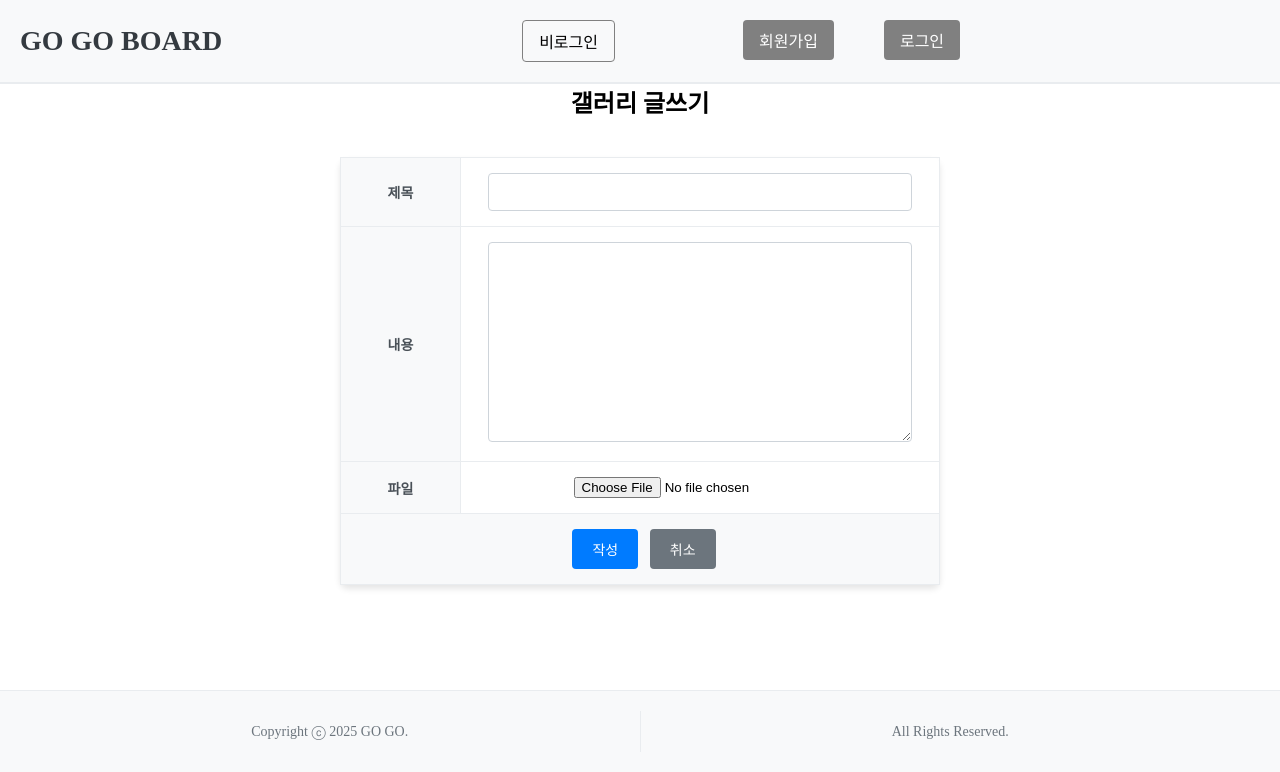
Repository: 1plus1equals3-true/Board-Project
Page: http://localhost/jsp/board/write_gallery.jsp
These files come from the project's save history. The page is drawn as it stood at one moment and after the next save; the edit follows.
The browser window is 1280 px wide. The pictures show the whole page.
The page is served by Tomcat 9. Other server files are loaded and not shown.

Above is the page before, as saved 2025-09-23 05:45:06.

### jsp/src/main/webapp/board/write_gallery.jsp
<%@ page language="java" contentType="text/html; charset=UTF-8"
    pageEncoding="UTF-8"%>
<!DOCTYPE html>
<html>
<head>
<meta charset="UTF-8">
<title>쓰기</title>
<style>
*{
	margin: 0 auto;
	padding: 0;
	text-align: center;
	box-sizing: border-box;
}
.write-form table {
    width: 100%;
    border-collapse: collapse;
    font-size: 14px;
    margin: 20px auto;
    max-width: 600px;
    background-color: #fff;
    border: 1px solid #dee2e6;
    border-radius: 8px;
    box-shadow: 0 4px 6px rgba(0, 0, 0, 0.1);
}

.write-form td {
    padding: 15px;
    border: 1px solid #e9ecef;
}

.write-form td:first-child {
    background-color: #f8f9fa;
    font-weight: bold;
    color: #495057;
    text-align: center;
    width: 120px;
}

.write-form input[type="text"],
.write-form textarea {
    width: calc(100% - 24px);
    padding: 10px 12px;
    border: 1px solid #ced4da;
    border-radius: 4px;
    font-size: 14px;
    box-sizing: border-box;
    text-align: left;
}

.write-form textarea {
    height: 200px;
    resize: vertical;
}

.write-form .button-container {
    text-align: right;
}

.write-form input[type="submit"],
.write-form .btn-cancel {
    padding: 10px 20px;
    border: none;
    border-radius: 4px;
    font-size: 14px;
    cursor: pointer;
    transition: background-color 0.3s ease;
    margin-left: 8px;
}

.write-form input[type="submit"] {
    background-color: #007bff;
    color: white;
}

.write-form input[type="submit"]:hover {
    background-color: #0056b3;
}

.write-form .btn-cancel {
    background-color: #6c757d;
    color: white;
}

.write-form .btn-cancel:hover {
    background-color: #5a6268;
}

/* a 태그 안에 button을 넣었을 때 스타일 */
.write-form a {
    text-decoration: none;
}
</style>
</head>
<body>
<%@ include file="op_top.jsp" %>
<section class="min-height">
<h1>갤러리 글쓰기</h1><br>
<form action="../test/test2.jsp" method="post" enctype="multipart/form-data" class="write-form">
	<table>

		<tr>
			<td>제목</td>
			<td><input type="text" name="writetitle"></td>
		</tr>

		<tr>
			<td>내용</td>
			<td>
				<textarea class="text" name="writetext"></textarea>
			</td>
		</tr>

		<tr>
			<td>파일</td>
			<td>

				<div id="file_container_0" class="file-container">
					<input type="file" name="upfile_0" id="upfile_0" accept=".gif, .jpg, .png">
				</div>

			</td>
		</tr>

		<tr>
			<td colspan="2">
				<input type="submit" value="작성">
				<button type="button" class="btn-cancel" onclick="history.back()">취소</button>
			</td>
		</tr>

	</table>
</form>
</section>
<%@ include file="op_bot.jsp" %>


<script>
document.addEventListener('DOMContentLoaded', () => {
    const fileArea = document.querySelector('.write-form tbody tr:nth-child(3) td:nth-child(2)');
    let fileIndex = 0;

    // 초기 파일 입력 필드에 이벤트 리스너를 즉시 연결
    addEventListenersToFileInput(document.getElementById('upfile_0'));

    // 파일 입력 필드에 이벤트 리스너를 추가하는 함수
    function addEventListenersToFileInput(inputElement) {
        inputElement.addEventListener('change', handleFileChange);
    }

    // 파일 변경 이벤트 핸들러
    function handleFileChange(event) {
        const currentInput = event.target;
        const container = currentInput.closest('.file-container');

        if (!container) return;

        // 기존의 취소 버튼 제거
        const existingCancelButton = container.querySelector('.cancel-button');
        if (existingCancelButton) {
            existingCancelButton.remove();
        }

        if (currentInput.files.length > 0) {
            // 파일이 선택되었을 때만 취소 버튼 생성 및 추가
            addCancelButton(container);

            // 현재 입력 필드가 마지막 필드일 때만 새로운 필드를 추가
            const allInputs = fileArea.querySelectorAll('input[type="file"]');
            const isLastInput = currentInput === allInputs[allInputs.length - 1];

            if (isLastInput) {
                addNewFileInput();
            }
        }
    }

    // 취소 버튼을 생성하고 추가하는 함수
    function addCancelButton(container) {
        const newCancelButton = document.createElement('button');
        newCancelButton.type = 'button';
        newCancelButton.className = 'cancel-button';
        newCancelButton.textContent = '취소';

        newCancelButton.addEventListener('click', () => {
            // 현재 컨테이너(파일 입력 필드와 취소 버튼)만 제거합니다.
            container.remove();

            // 파일 입력 필드가 하나도 없으면 초기 필드 다시 생성
            if (!fileArea.querySelector('.file-container')) {
                fileIndex = 0;
                addNewFileInput(true); // isInitial true로 설정
            }
        });

        container.appendChild(newCancelButton);
    }

    // 새로운 파일 입력 필드를 추가하는 함수
    function addNewFileInput(isInitial = false) {
        if (!isInitial) {
            fileIndex++;
        }

        const newContainer = document.createElement('div');
        newContainer.id = `file_container_\${fileIndex}`;
        newContainer.className = 'file-container';

        const newInput = document.createElement('input');
        newInput.type = 'file';
        newInput.name = `upfile_\${fileIndex}`;
        newInput.id = `upfile_\${fileIndex}`;
        newInput.accept = '.gif, .jpg, .png';

        newContainer.appendChild(newInput);
        fileArea.appendChild(newContainer);

        // 새로운 필드에 이벤트 리스너 연결
        addEventListenersToFileInput(newInput);
    }
});
</script>

</body>
</html>

### jsp/src/main/webapp/board/op_top.jsp
<%@ page language="java" contentType="text/html; charset=UTF-8"
    pageEncoding="UTF-8"%>
<%@ page import="java.sql.*" %>
<%@ page import="lib.DB" %>
<%
String login_id = "";
login_id = (String)session.getAttribute("ss_check");
String login_idx = "";
String login_name = "";
String login_upfile = "";
int login_rank = -1;

if(login_id == null || login_id.equals("") || login_id.equals("null")) {
}else {
	String sqll = null;
	Connection connl =null;
	PreparedStatement psl = null;
	ResultSet rsl = null;

	try {

		connl = DB.getConnection();

		sqll = "SELECT * FROM member WHERE uid=?";
		psl = connl.prepareStatement(sqll);
		psl.setString(1, login_id);

		rsl = psl.executeQuery();
		rsl.next();

		login_idx = rsl.getString("idx");
		login_name = rsl.getString("name");
		login_upfile = rsl.getString("upfile");
		login_rank = rsl.getInt("member_rank");

	}catch (Exception e) {
		out.println(e.toString());
		out.println(sqll);
	}
}

if (login_rank == 0) {
	%> <script type="text/javascript">
		alert("비활성화된 회원입니다.");
		location.replace("../member/Login.jsp")
	</script> <%
	session.removeAttribute("ss_check");
	return;
}

%>

<style>
.min-height {
	min-height: 80vh;
}
*{
	margin: 0 auto;
	padding: 0;
	text-align: center;
	box-sizing: border-box;
}
.board-header {
    background-color: #f8f9fa;
    border-bottom: 2px solid #e9ecef;
    padding: 20px;
    display: flex;
    justify-content: space-between;
    align-items: center;
    width: 100%;
    min-height: 10vh;
    margin: 0 auto;
}

.board-header h1 {
    font-size: 28px;
    color: #343a40;
    margin: 0;
    font-weight: bold;
    text-align: left;
}

.board-header h1 a {
	font-size: 28px;
    color: #343a40;
    margin: 0;
    font-weight: bold;
    text-decoration: none;
}

.board-header nav ul {
    list-style: none;
    padding: 0;
    margin: 0;
    display: flex;
    gap: 50px;
    text-align: right;
}

.board-header nav li a {
    text-decoration: none;
    /*color: #495057;*/
    font-size: 16px;
    font-weight: 500;
    transition: color 0.3s ease;
}

header img {
	width: 40px;
    height: 40px;
    border-radius: 4px;
    border: 1px solid #ced4da;
}

.logout-btn {
    display: inline-block;
    padding: 8px 16px;
    border: none;
    border-radius: 4px;
    background-color: gray;
    color: white;
    cursor: pointer;
    text-decoration: none;
    transition: background-color 0.3s ease;
}
.logout-btn:hover {
    background-color: #dc3545;
}

.mypage-btn {
    display: inline-block;
    padding: 8px 16px;
    border: none;
    border-radius: 4px;
    background-color: gray;
    color: white;
    cursor: pointer;
    text-decoration: none;
    transition: background-color 0.3s ease;
}
.mypage-btn:hover {
    background-color: #007bff;
}

.user-info {
    display: inline-block;
    padding: 8px 16px;
    border: 1px solid gray;
    border-radius: 4px;
    color: black;
    font-size: 16px;
    font-weight: 500;
    transition: background-color 0.3s ease;
}


</style>
<% if(login_id == null || login_id.equals("") || login_id.equals("null")) { %>
<header class="board-header">
    <h1><a href="../board_proc/main_proc.jsp">GO GO BOARD</a></h1>
    <nav>
        <ul>
            <li><span class="user-info">비로그인</span></li>
            <li> &nbsp; &nbsp; &nbsp; &nbsp; </li>
            <li><a href="../member/Join.jsp" class="mypage-btn">회원가입</a></li>
            <li><a href="../member/Login.jsp" class="mypage-btn">로그인</a></li>
        </ul>
    </nav>
</header>
<% }else { %>
<header class="board-header">
    <h1><a href="../board_proc/main_proc.jsp">GO GO BOARD</a></h1>
    <nav>
        <ul>
            <li><span class="user-info">이름 : <%= login_name %></span></li>
            <% if (login_upfile == null || login_upfile.equals("")) { %>
            	<li> &nbsp; &nbsp; &nbsp; &nbsp; </li>
            <% }else { %>
            	<li><img alt="X" src="../member/Download.jsp?uid=<%= login_id %>"></li>
            <% } %>
            <li><a href="../member/View.jsp?uid=<%= login_id %>" class="mypage-btn">마이페이지</a></li>
            <li><a href="../member/Logout.jsp" class="logout-btn">로그아웃</a></li>
        </ul>
    </nav>
</header>
<% } %>

### jsp/src/main/webapp/board/op_bot.jsp
<%@ page language="java" contentType="text/html; charset=UTF-8"
    pageEncoding="UTF-8"%>
<style>
.board-footer {
    background-color: #f8f9fa;
    border-top: 1px solid #e9ecef;
    padding: 20px;
    margin-top: 30px;
    display: flex;
    justify-content: space-around;
    align-items: flex-start;
    width: 100%;
    min-height: 10vh;
    margin-left: auto;
    margin-right: auto;
}

.board-footer > div {
    flex: 1;
    padding: 10px;
    text-align: center;
    color: #6c757d;
    font-size: 14px;
    line-height: 1.5;
}

.board-footer > div:not(:last-child) {
    border-right: 1px solid #e9ecef;
}
</style>
<footer class="board-footer">
    <div>Copyright ⓒ 2025 GO GO.</div>
    <div>All Rights Reserved.</div>
</footer>

After the next save:
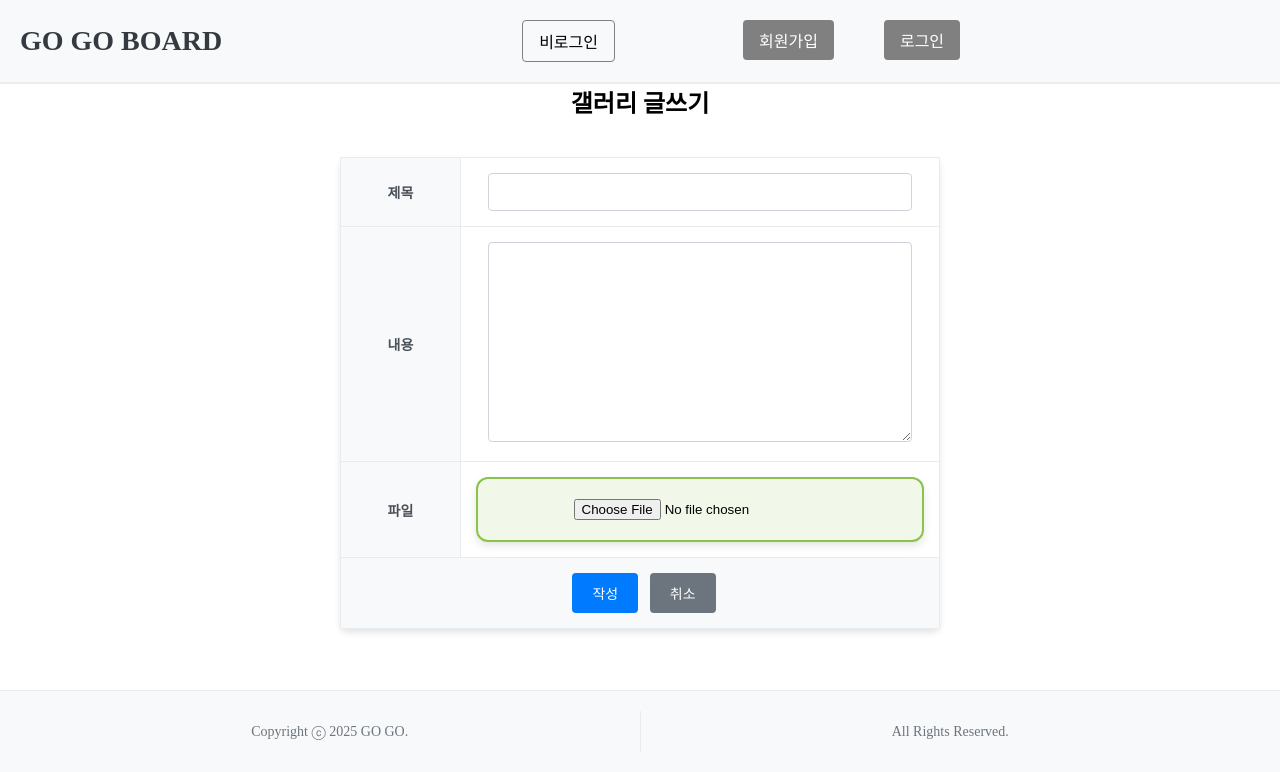
Saved 12 min 43 s later.
--- a/jsp/src/main/webapp/board/write_gallery.jsp
+++ b/jsp/src/main/webapp/board/write_gallery.jsp
@@ -90,6 +90,27 @@
 .write-form a {
     text-decoration: none;
 }
+.file-container {
+  /* 테두리 스타일 */
+  border: 2px solid #8BC34A; /* 2px 두께의 연두색 테두리 */
+  border-radius: 12px; /* 둥근 모서리 */
+
+  /* 내부 여백 */
+  padding: 20px;
+
+  /* 배경색 */
+  background-color: #F1F8E9; /* 아주 연한 연두색 배경 */
+
+  /* 그림자 효과 */
+  box-shadow: 0 4px 8px rgba(0, 0, 0, 0.1); /* 은은한 그림자 */
+
+  /* 내부 요소 정렬 */
+  display: flex;
+  flex-direction: column;
+  align-items: center; /* 가로 중앙 정렬 */
+  justify-content: center; /* 세로 중앙 정렬 */
+  gap: 15px; /* 요소들 사이의 간격 */
+}
 </style>
 </head>
 <body>
